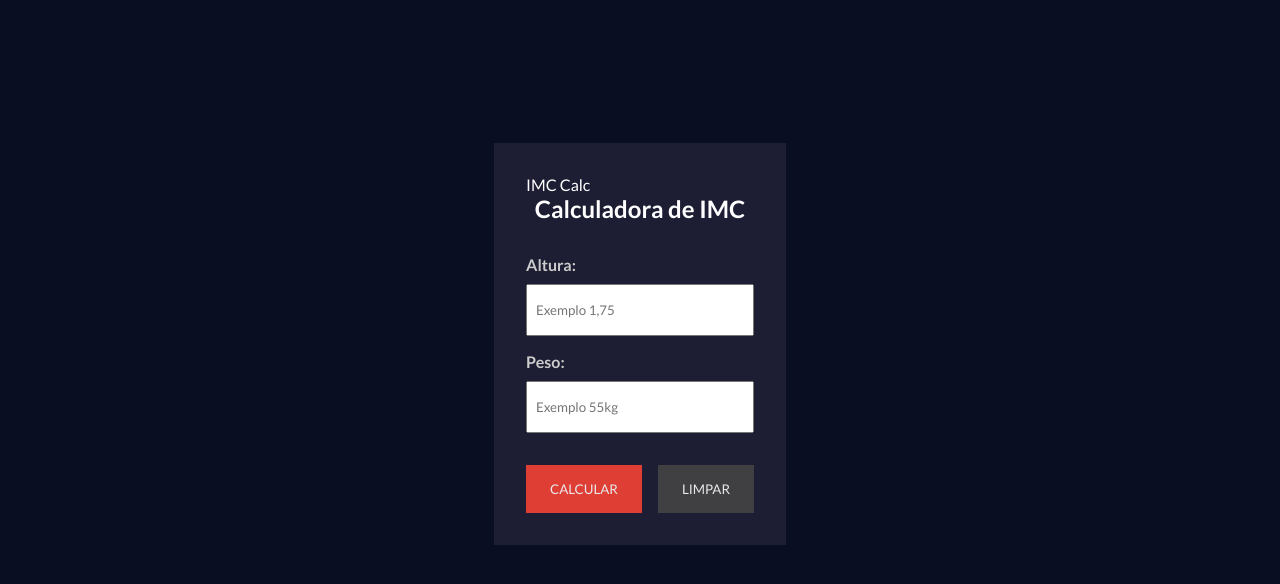
Repository: Bitroia/imc-calc-react
Page: / (app in imc/imc-calc/)
The author's editor kept a copy of each file at every save. The page is drawn from the files as they stood at one save, then again after a run of saves.
The browser window is 1280 px wide. The pictures show the whole page.
The project was rebuilt for these pictures with package versions that can differ from the ones it lists, and the page was loaded fresh each time. Also part of the build but not shown: imc/imc-calc/vite.config.js.

Above is the page before, as saved 2026-05-26 19:24:17.

After the next 4 saves:
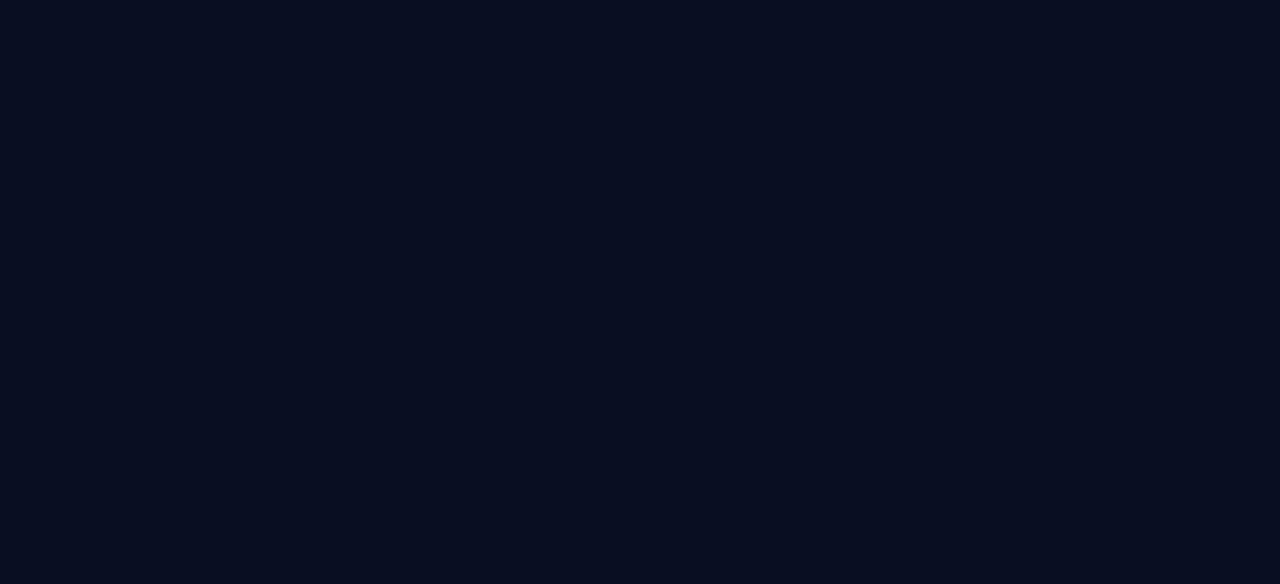
Console error: ReferenceError: use is not defined
The 4 saves are shown as one change because 1 did not build or start and some came seconds apart.
The last was saved 40 s later.
--- a/imc/imc-calc/src/App.jsx
+++ b/imc/imc-calc/src/App.jsx
@@ -9,6 +9,7 @@
 function App() {
   const [imc, setImc] = useState("")
   const [info, setInfo] = useState("")
+  const [infoClass, setinfoClass] = use
   return (
     <div className="container">
       <p>IMC Calc</p>

After the save that followed:
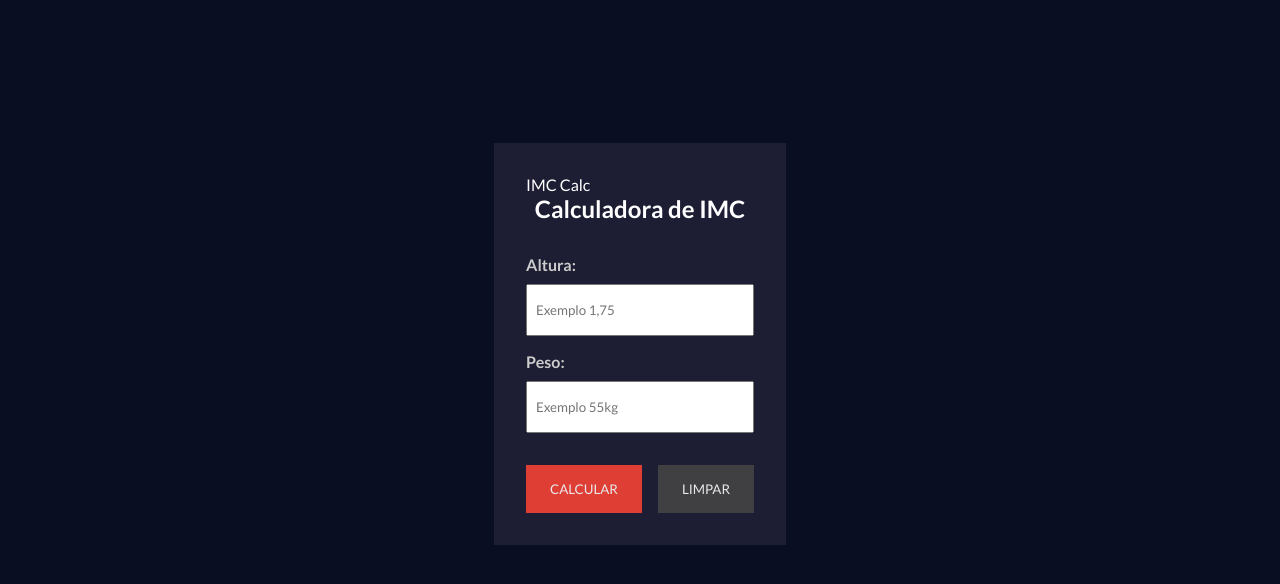
The error is gone.
Saved 4 s later.
--- a/imc/imc-calc/src/App.jsx
+++ b/imc/imc-calc/src/App.jsx
@@ -9,7 +9,7 @@
 function App() {
   const [imc, setImc] = useState("")
   const [info, setInfo] = useState("")
-  const [infoClass, setinfoClass] = use
+  const [infoClass, setinfoClass] = useState("")
   return (
     <div className="container">
       <p>IMC Calc</p>
